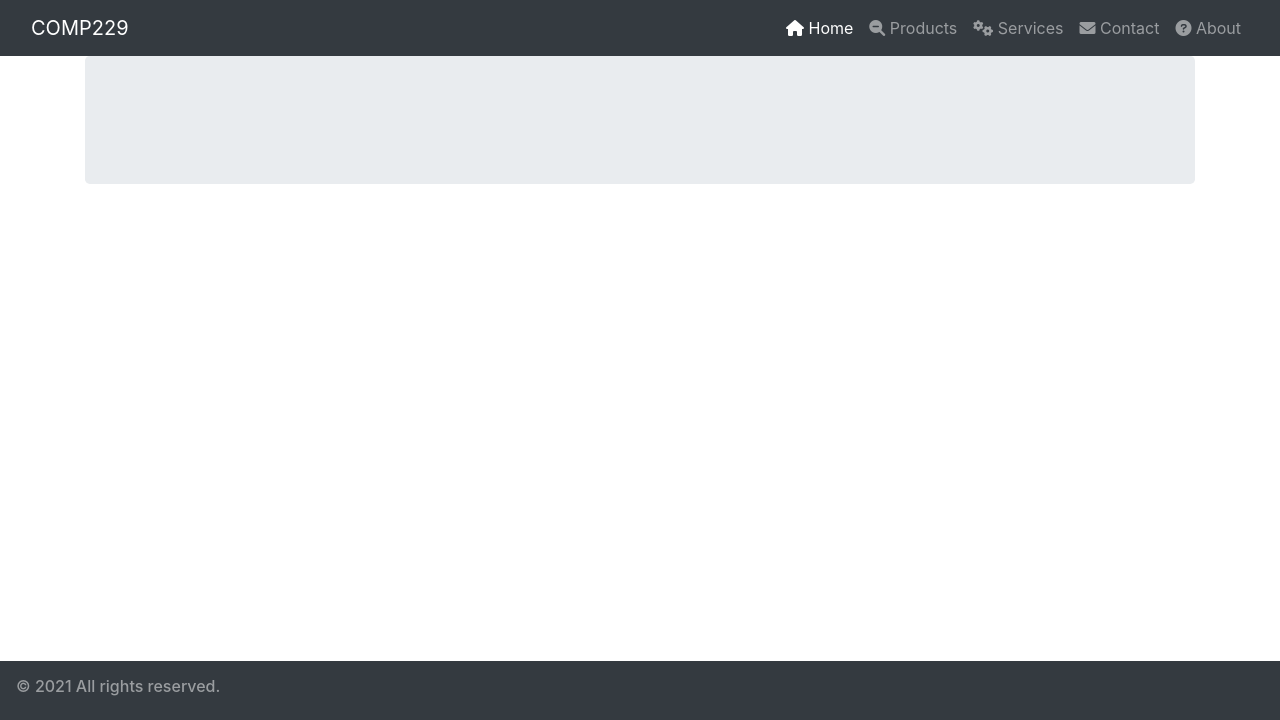
Repository: arsh16/week3_demo2
Page: http://localhost/
The author's editor kept a copy of each file at every save. The page is drawn from the files as they stood at one save, then again after the next save.
The browser window is 1280 px wide. The pictures show the whole page.
Some web libraries are served in a nearby version. The page is served by the project's Node server (server.js). Other server files are loaded and not shown.

Above is the page before, as saved 2021-09-30 14:20:38.

### views/index.ejs
<%-include partials/header.ejs%>

<%-include partials/main_nav.ejs%>

  <main class="container">
    <div class="jumbotron"></div>

  </div>
  </main>

<%-include partials/bottom_nav.ejs%>

<%-include partials/footer.ejs%>

### views/partials/header.ejs
<!DOCTYPE html>
<html lang="en">
<head>
  <meta charset="UTF-8">
  <meta http-equiv="X-UA-Compatible" content="IE=edge">
  <meta name="viewport" content="width=device-width, initial-scale=1.0">
  <title><%= title %> page</title>

  <!--css-->
  <link rel='stylesheet' href='/Content/app.css' />

<!--These stylesheets were saying 404 in console-->

  <!--<link rel="stylesheet" href="/bootstrap/dist/bootstrap.min.css">
  <link rel="stylesheet" href='/@fortawesome/fontawesome-free/css/all.min.css'-->

  <link rel="stylesheet" href="https://cdn.jsdelivr.net/npm/bootstrap@4.6.0/dist/css/bootstrap.min.css" integrity="sha384-B0vP5xmATw1+K9KRQjQERJvTumQW0nPEzvF6L/Z6nronJ3oUOFUFpCjEUQouq2+l" crossorigin="anonymous">
 <link rel="stylesheet" href="https://cdnjs.cloudflare.com/ajax/libs/font-awesome/6.0.0-beta2/css/all.min.css" integrity="sha512-YWzhKL2whUzgiheMoBFwW8CKV4qpHQAEuvilg9FAn5VJUDwKZZxkJNuGM4XkWuk94WCrrwslk8yWNGmY1EduTA==" crossorigin="anonymous" referrerpolicy="no-referrer" />


</head>
<body>

### views/partials/main_nav.ejs
 <!--main nav-->
  <nav class="navbar navbar-expand-lg navbar-dark bg-dark">
    <div class="container-fluid">
      <a class="navbar-brand" href="/home">COMP229</a>
      <button class="navbar-toggler" type="button" data-bs-toggle="collapse" data-bs-target="#navbarSupportedContent" aria-controls="navbarSupportedContent" aria-expanded="false" aria-label="Toggle navigation">
        <span class="navbar-toggler-icon"></span>
      </button>

      <div class="collapse navbar-collapse" id="navbarSupportedContent">
        <ul class="navbar-nav ml-auto mb-2 mb-lg-0">

          <% if (title=="Home"){%>
          <li class="nav-item active"><%}
          else {%>
              <li class="nav-item"><% }%>

            <a class="nav-link" aria-current="page" href="/home"><i class="fas fa-home"></i> Home </a>
          </li>

          <% if (title=="Products"){%>
          <li class="nav-item active"><%}
          else {%>
              <li class="nav-item"><% }%>
            <a class="nav-link" href="/products"><i class="fas fa-search-minus"></i> Products </a>
          </li>

          <% if (title=="Services"){%>
          <li class="nav-item active"><%}
          else {%>
              <li class="nav-item"><% }%>
            <a class="nav-link" href="/services"><i class="fas fa-cogs"></i> Services </a>
          </li>

          <% if (title=="Contact"){%>
          <li class="nav-item active"><%}
          else {%>
              <li class="nav-item"><% }%>
            <a class="nav-link" href="/contact"><i class="fas fa-envelope"></i> Contact </a>
          </li>

          <% if (title=="About"){%>
          <li class="nav-item active"><%}
          else {%>
              <li class="nav-item"><% }%>
            <a class="nav-link" href="/about"><i class="fas fa-question-circle"></i> About </a>


        </ul>

      </div>
    </div>
  </nav>

### views/partials/bottom_nav.ejs
<!--bottom nav-->
<footer class="container">
    <nav class="navbar fixed-bottom navbar-dark bg-dark">
    <h6 class="navbar-text">&copy; 2021 All rights reserved.</h6>
    </nav>
</footer>

### views/partials/footer.ejs
  <!--scripts-->

  <script src="https://ajax.googleapis.com/ajax/libs/jquery/2.1.1/jquery.min.js"></script>
 <!-- <script src="/jquery/dist/jquery.min.js"></script>-->
  <script src="/Scripts/app.js"></script>
</body>
</html>

### server.js
#!/usr/bin/env node

/**
 * Module dependencies.
 */

var app = require('./app');
var debug = require('debug')('assignment1:server');
var http = require('http');

/**
 * Get port from environment and store in Express.
 */

var port = normalizePort(process.env.PORT || '3000');
app.set('port', port);

/**
 * Create HTTP server.
 */

var server = http.createServer(app);

/**
 * Listen on provided port, on all network interfaces.
 */

server.listen(port);
server.on('error', onError);
server.on('listening', onListening);

/**
 * Normalize a port into a number, string, or false.
 */

function normalizePort(val) {
  var port = parseInt(val, 10);

  if (isNaN(port)) {
    // named pipe
    return val;
  }

  if (port >= 0) {
    // port number
    return port;
  }

  return false;
}

/**
 * Event listener for HTTP server "error" event.
 */

function onError(error) {
  if (error.syscall !== 'listen') {
    throw error;
  }

  var bind = typeof port === 'string'
    ? 'Pipe ' + port
    : 'Port ' + port;

  // handle specific listen errors with friendly messages
  switch (error.code) {
    case 'EACCES':
      console.error(bind + ' requires elevated privileges');
      process.exit(1);
      break;
    case 'EADDRINUSE':
      console.error(bind + ' is already in use');
      process.exit(1);
      break;
    default:
      throw error;
  }
}

/**
 * Event listener for HTTP server "listening" event.
 */

function onListening() {
  var addr = server.address();
  var bind = typeof addr === 'string'
    ? 'pipe ' + addr
    : 'port ' + addr.port;
  debug('Listening on ' + bind);
}

### routes/index.js
var express = require('express');
var router = express.Router();

/* GET home page. */
router.get('/', function(req, res, next) {
  res.render('index', { title: 'Home', page: 'home' });
});

router.get('/home', function(req, res, next) {
  res.render('index', { title: 'Home',  page: 'home'});
});


router.get('/about', function(req, res, next) {
  res.render('index', { title: 'About',  page: 'about'});
});

router.get('/products', function(req, res, next) {
  res.render('index', { title: 'Products',  page: 'products'});
});

router.get('/services', function(req, res, next) {
  res.render('index', { title: 'Services', page: 'services' });
});

router.get('/contact', function(req, res, next) {
  res.render('index', { title: 'Contact', page: 'contact' });
});

module.exports = router;

### app.js
let createError = require('http-errors');
let express = require('express');
let path = require('path');
let cookieParser = require('cookie-parser');
let logger = require('morgan');

let indexRouter = require('./routes/index');
let usersRouter = require('./routes/users');

let app = express();

// view engine setup
app.set('views', path.join(__dirname, 'views'));
app.set('view engine', 'ejs');

app.use(logger('dev'));
app.use(express.json());
app.use(express.urlencoded({ extended: false }));
app.use(cookieParser());
app.use(express.static(path.join(__dirname, 'public')));

app.use('/', indexRouter);
app.use('/users', usersRouter);

// catch 404 and forward to error handler
app.use(function(req, res, next) {
  next(createError(404));
});

// error handler
app.use(function(err, req, res, next) {
  // set locals, only providing error in development
  res.locals.message = err.message;
  res.locals.error = req.app.get('env') === 'development' ? err : {};

  // render the error page
  res.status(err.status || 500);
  res.render('error', {title: 'Error'});
});

module.exports = app;

### public/Content/app.css
/*-custom css--*/

### public/Scripts/app.js
/*IIFE*/

(function()
{
    function Start()
    {
        console.log("App started...");
    }
    window.addEventListener("load", Start);
})();

After the next save:
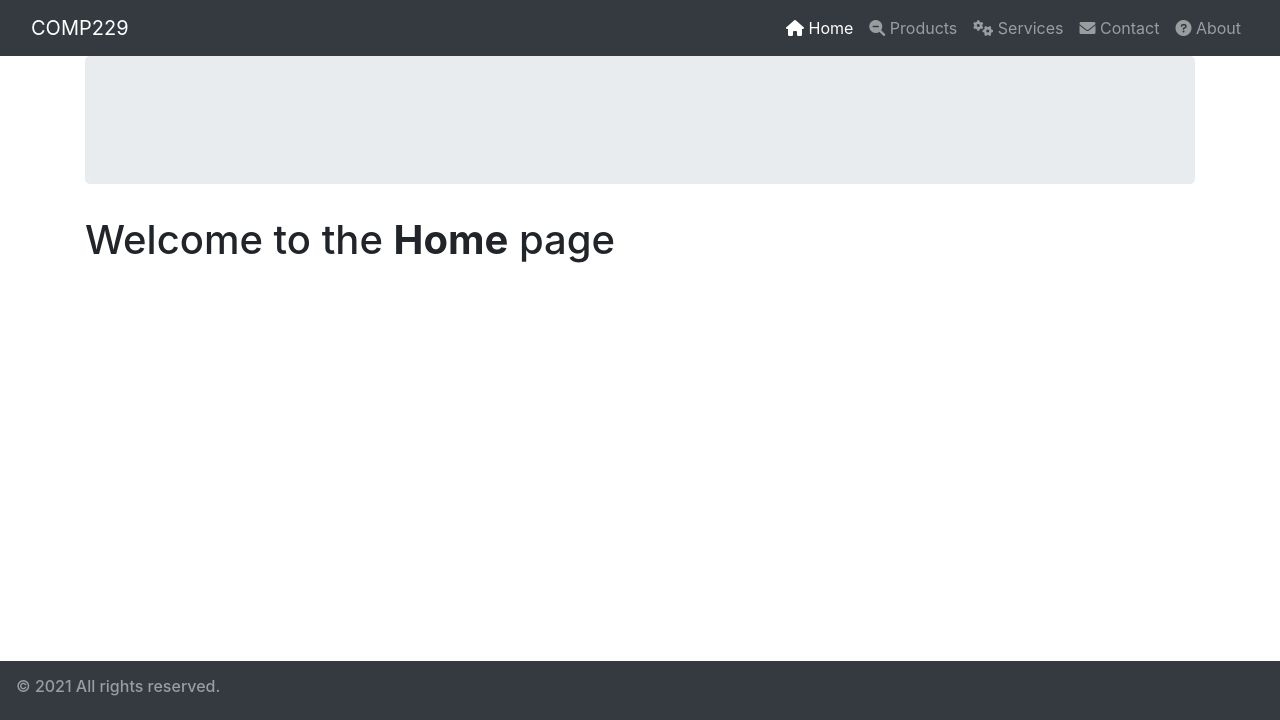
Saved 31 s later.
--- a/views/index.ejs
+++ b/views/index.ejs
@@ -4,6 +4,7 @@
 
   <main class="container">
     <div class="jumbotron"></div>
+    <h1>Welcome to the <b><%= title %></b> page</h1>
 
   </div>
   </main>
